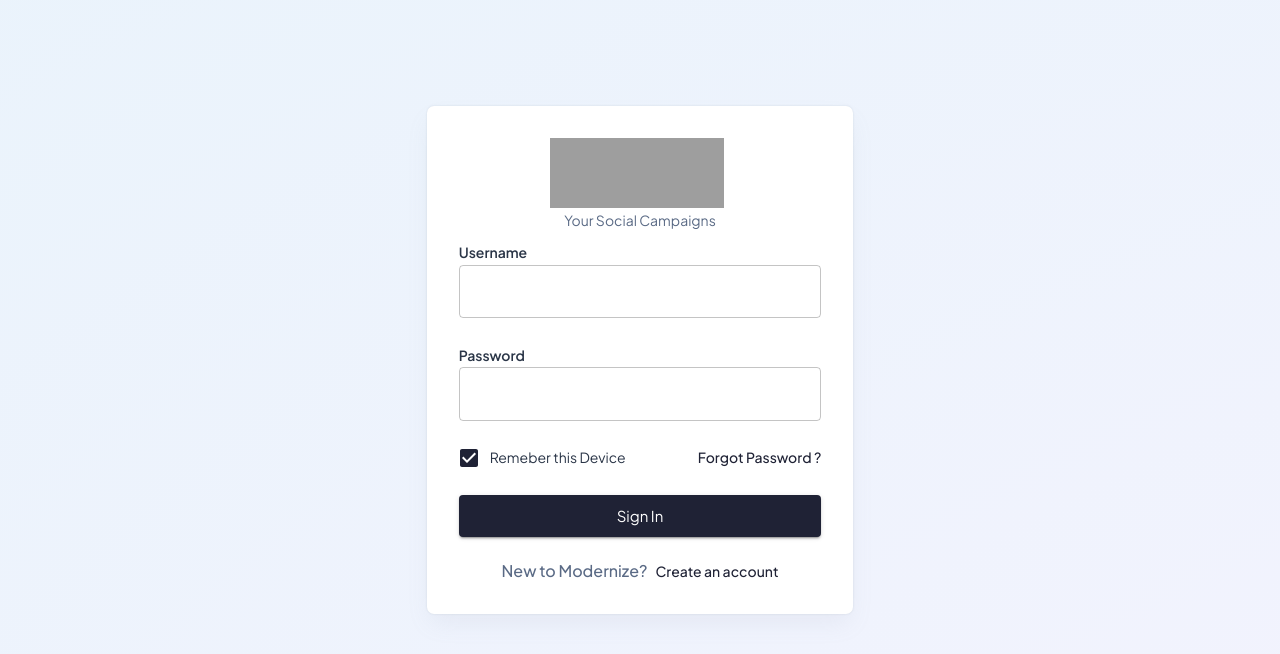
Repository: NoteDevil/adminpanel.dragon-games.com
Page: /authentication/login
The author's editor kept a copy of each file at every save. The page is drawn from the files as they stood at one save, then again after the next save.
The browser window is 1280 px wide. The pictures show the whole page.
Pictures or frames that could not be fetched are drawn as grey boxes. The project was rebuilt for these pictures with package versions that can differ from the ones it lists, and the page was loaded fresh each time. The framework's server and built-in components were replaced by stand-ins that run in the browser. Also part of the build but not shown: next.config.js.

Above is the page before, as saved 2024-09-10 19:00:54.

After the next save:
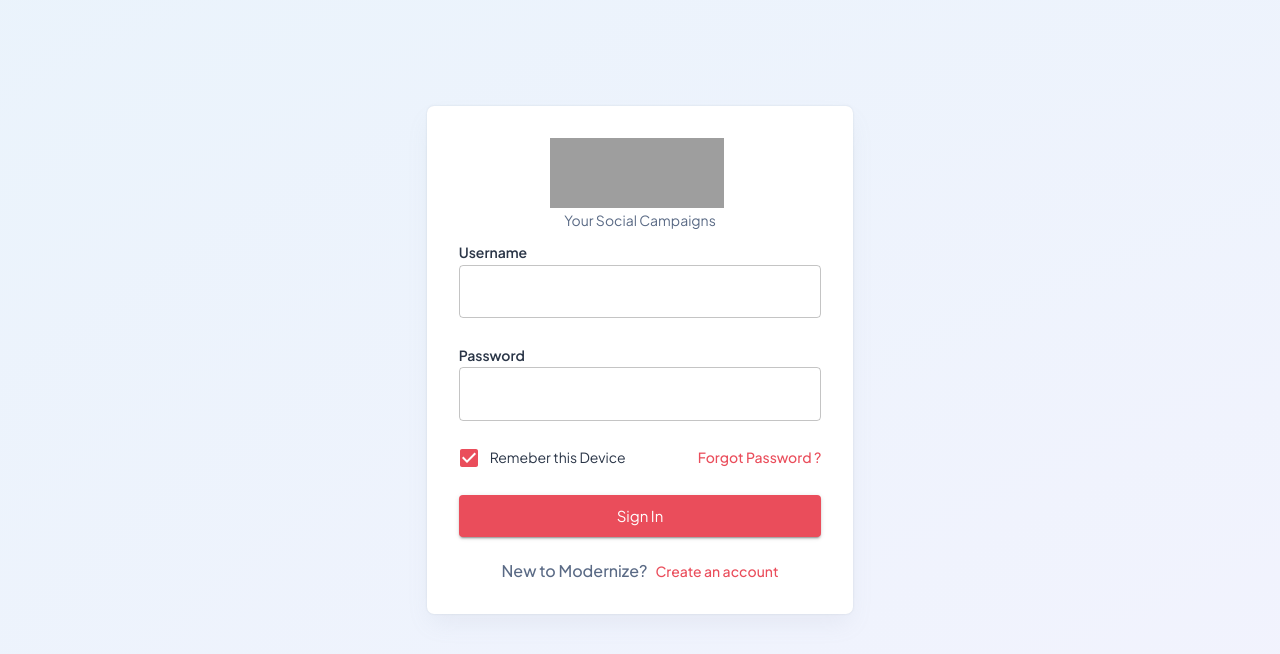
Saved 16 s later.
--- a/src/utils/theme/DefaultColors.tsx
+++ b/src/utils/theme/DefaultColors.tsx
@@ -12,7 +12,7 @@ const baselightTheme = createTheme({
   direction: "ltr",
   palette: {
     primary: {
-      main: "#1F2235",
+      main: "#EA4D5B",
       light: "#1F2235",
       dark: "#4570EA",
     },
